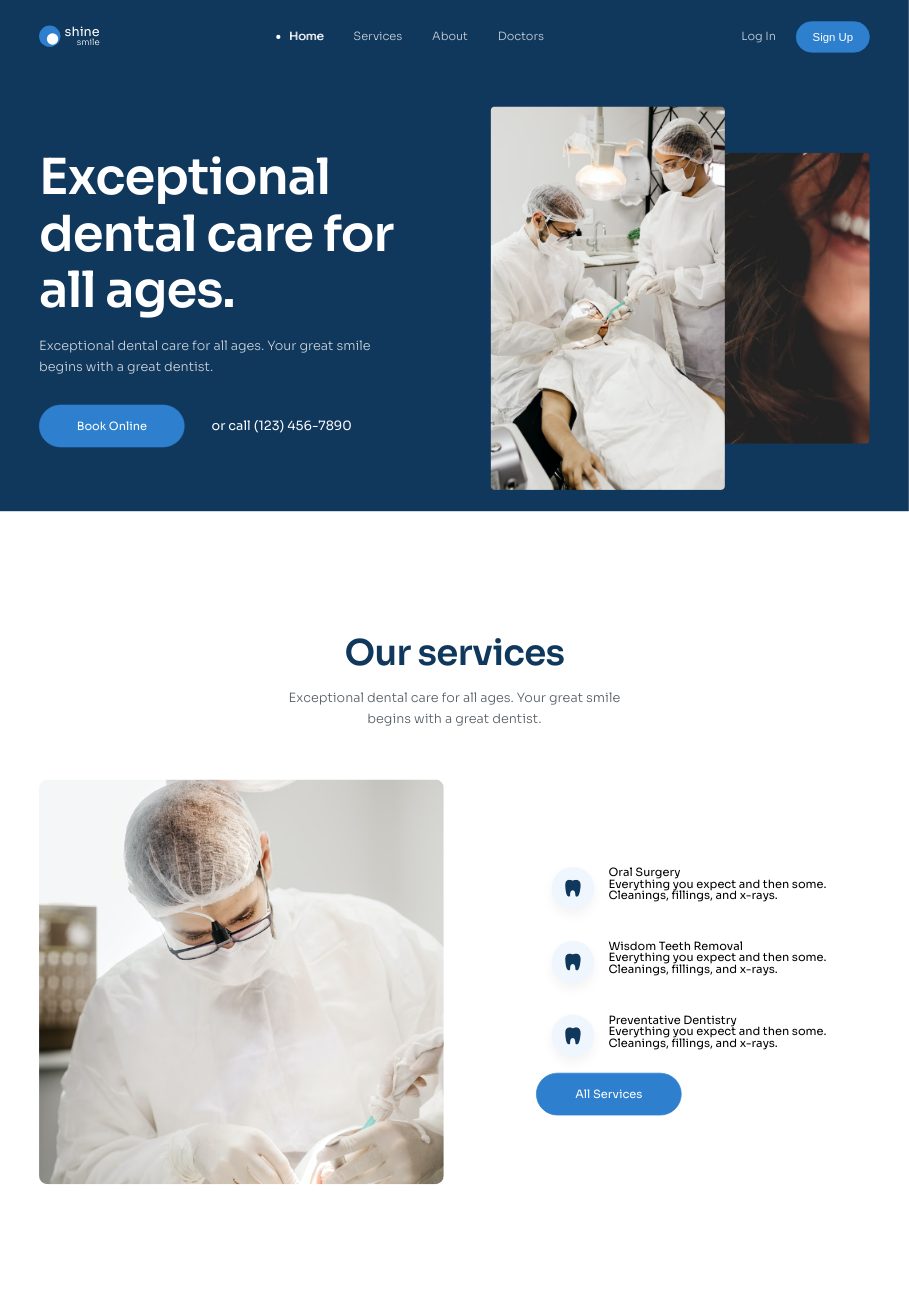
Repository: anhtien111198/f8-htmlcss-03
Page: index.html
An editor plug-in stored every save of this project. The page is shown before and after the next save, followed by the edit.
The browser window is 1280 px wide. The pictures show the whole page, at 71% of full size.

Above is the page before, as saved 2023-05-12 17:07:27.

After the next save:
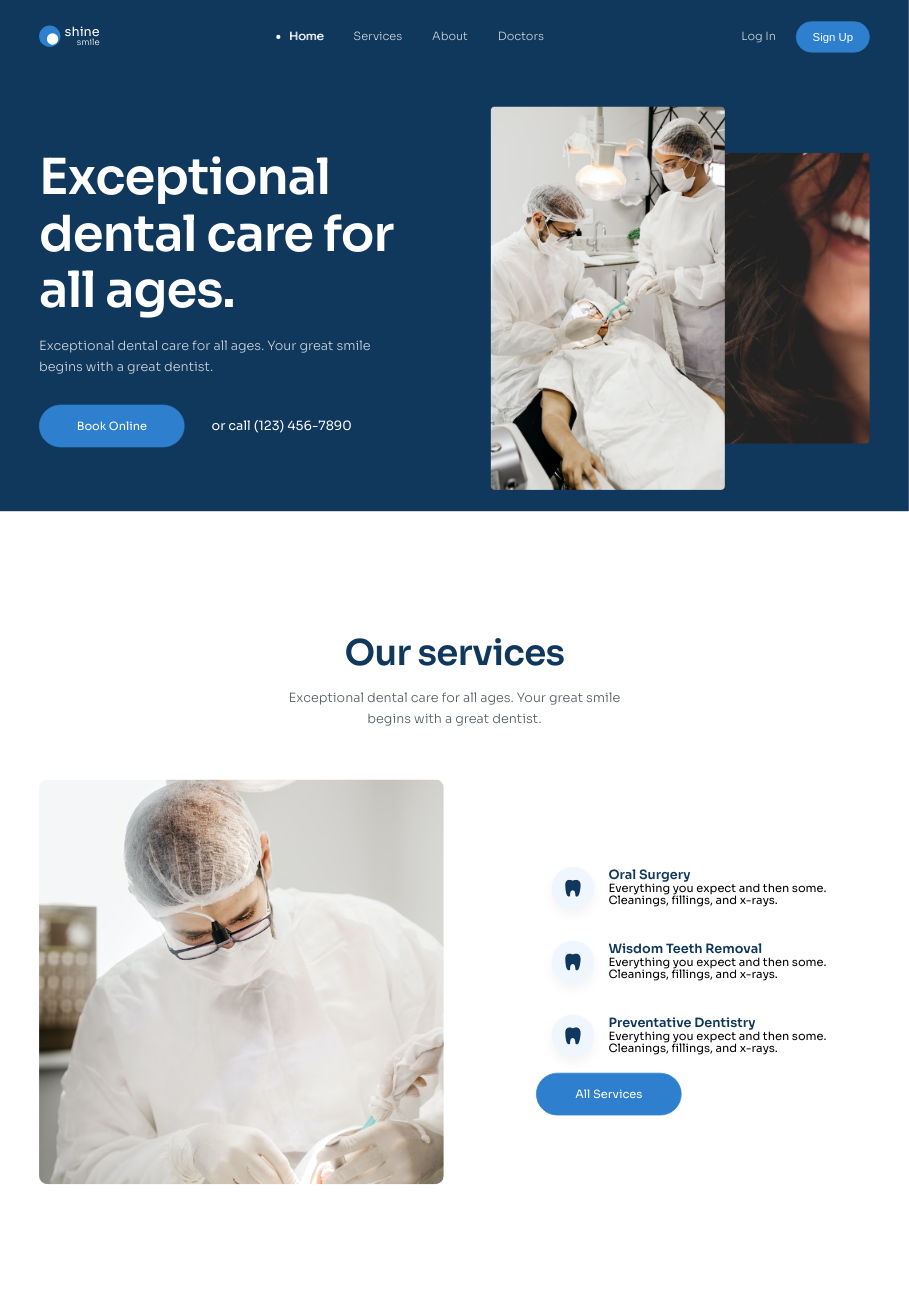
Saved 79 s later.
--- a/assets/css/style.css
+++ b/assets/css/style.css
@@ -247,3 +247,9 @@ a {
 .service-item__body {
     margin-left: 20px;
 }
+.service-item__heading {
+    font-weight: 600;
+    font-size: 1.8rem;
+    line-height: 23px;
+    color: #10375c;
+}
